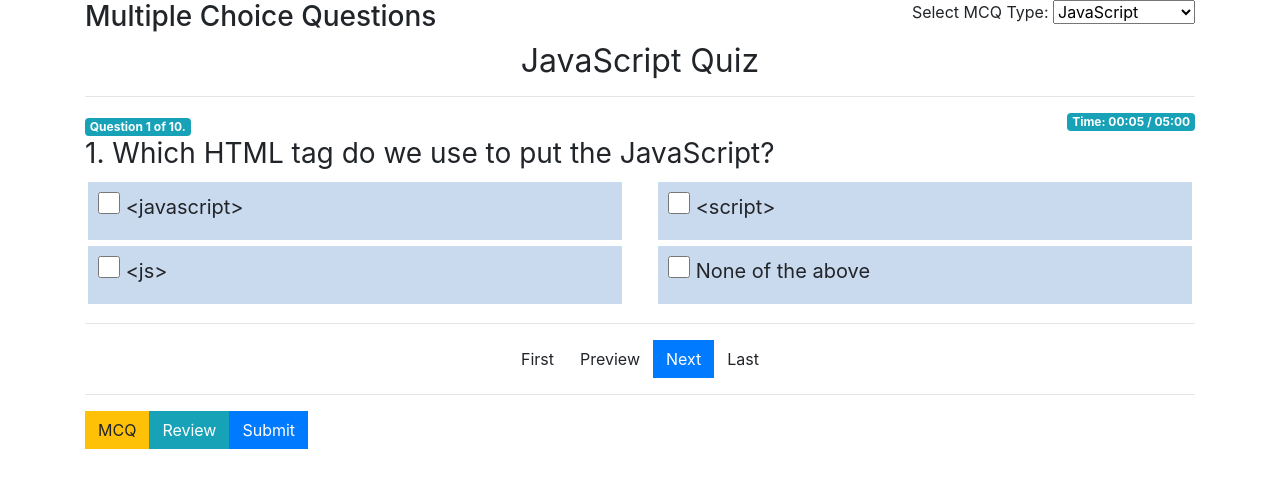
Repository: 2016272041/Online-Ass-Test1-
Page: /
An editor plug-in stored every save of this project. The page is shown before and after the next save, followed by the edit.
The browser window is 1280 px wide. The pictures show the whole page.
The project was rebuilt for these pictures with package versions that can differ from the ones it lists, and the page was loaded fresh each time. Also part of the build but not shown: angular.json.

Above is the page before, as saved 2019-07-23 15:39:08.

After the next save:
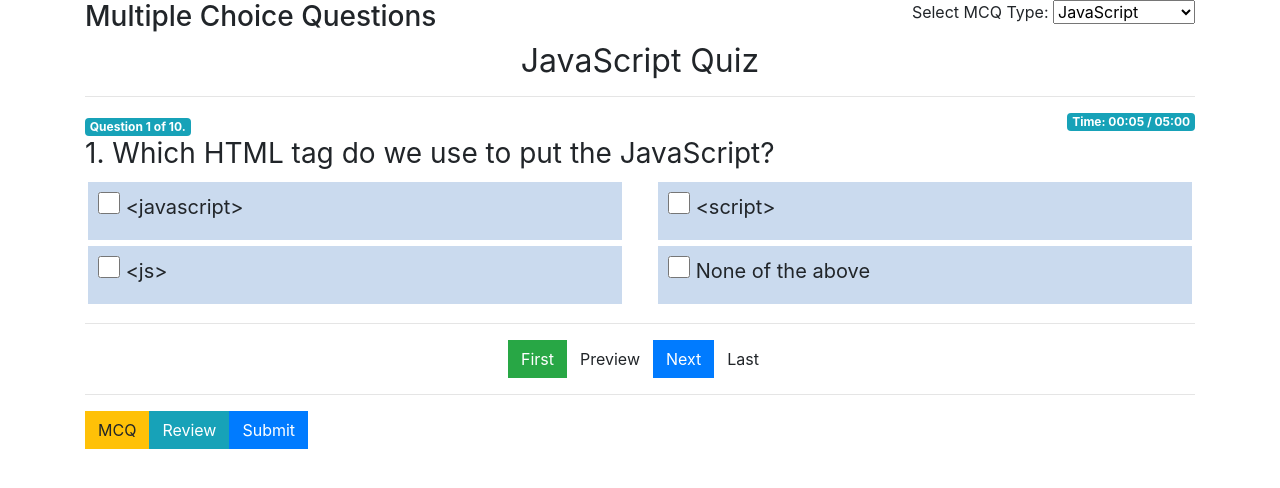
Saved 4 s later.
--- a/src/app/quiz/quiz.component.html
+++ b/src/app/quiz/quiz.component.html
@@ -32,7 +32,7 @@
     </div>
     <hr />
     <div class="text-center">
-      <button class="btn btn-" *ngIf="config.allowBack" (click)="goTo(0);">First</button>
+      <button class="btn btn-success" *ngIf="config.allowBack" (click)="goTo(0);">First</button>
       <button class="btn btn-default" *ngIf="config.allowBack" (click)="goTo(pager.index - 1);">Preview</button>
       <button class="btn btn-primary" (click)="goTo(pager.index + 1);">Next</button>
       <button class="btn btn-default" *ngIf="config.allowBack" (click)="goTo(pager.count - 1);">Last</button>
